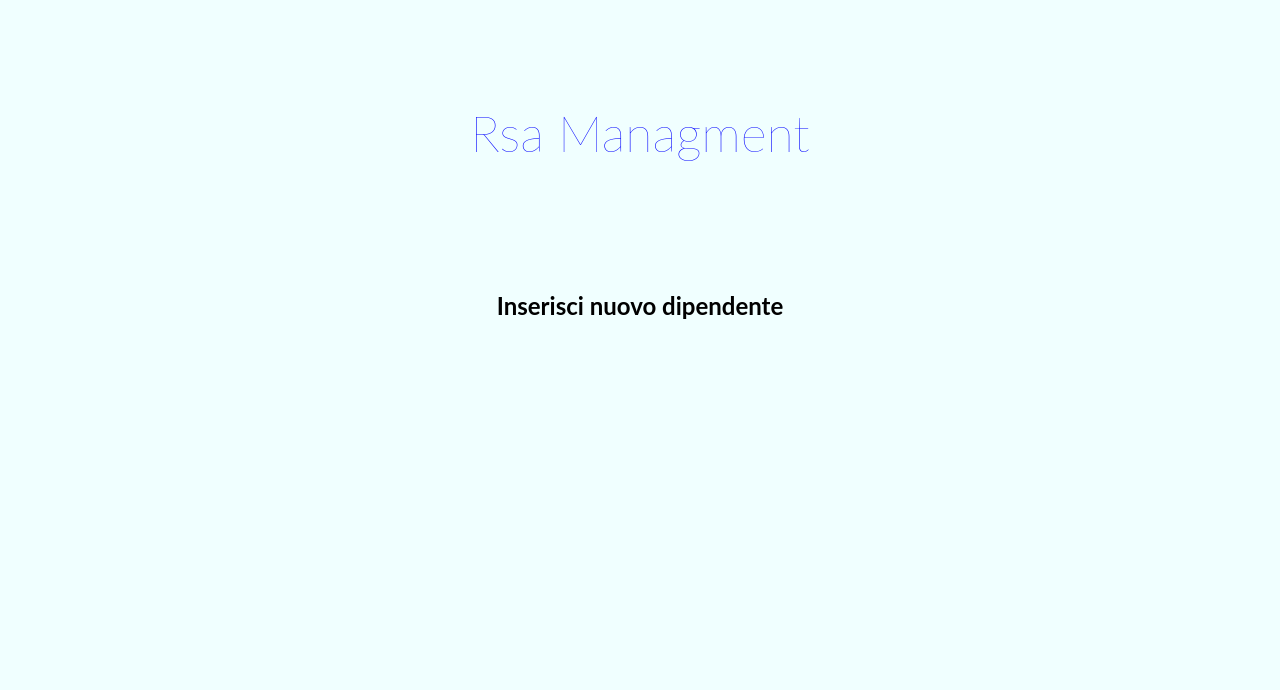
Repository: simone8484/RsaM
Page: http://localhost/RsaM/gestioneDipendenti.jsp
An editor plug-in stored every save of this project. The page is shown before and after the next save, followed by the edit.
The browser window is 1280 px wide. The pictures show the whole page.
The page is served by Tomcat 9. Other server files are loaded and not shown.

Above is the page before, as saved 2017-05-28 15:06:26.

### RsaM/WebContent/gestioneDipendenti.jsp
<%@taglib uri="http://java.sun.com/jsp/jstl/core" prefix="c" %>
<%@ page language="java" contentType="text/html; charset=ISO-8859-1"
    pageEncoding="ISO-8859-1"%>


<!DOCTYPE html PUBLIC "-//W3C//DTD HTML 4.01 Transitional//EN" "http://www.w3.org/TR/html4/loose.dtd">
<html>
<head>
<meta http-equiv="Content-Type" content="text/html; charset=ISO-8859-1">
<link href='css/style.css' rel='stylesheet' type='text/css'>
<title>Insert title here</title>
</head>
<body>

 <table style="width:100%">
  <tr>
    <th></th>
    <th><h1>Rsa Managment</h1></th>
    <th><c:out value="${user}"/></th>
  </tr>
  <tr>
    <td></td>
    <td><c:forEach items="${sessionScope.menuPrincipaleMappato}" var="myMap" >
<nav>
<ul class="dropdown">
        	<li class="drop"><a href="<c:out value="${myMap.value}"/>"><c:out value="${myMap.key}"/></a></li>
 </ul>
 </nav>
 </c:forEach></td>
    <td></td>
  </tr>

 <tr>
    <th></th>
    <th><h2>Inserisci nuovo dipendente</h2></th>
    <th></th>
  </tr>
</table>

### RsaM/WebContent/css/style.css
body{
  margin: 0px;
  padding: 0px;
  background: #F0FFFF;
  font-family: 'Lato', sans-serif;
}

h1{
  margin: 2em 0px;
  padding: 0px;
  color:  	#0000FF;
  text-align: center;
  font-weight: 100;
  font-size: 50px;
}

nav{
  width: 750px;
  margin: 1em auto;
}

ul{
  margin: 0px;
  padding: 0px;
  list-style: none;
}

ul.dropdown{
  position: relative;
  width: 100%;
}

ul.dropdown li{
  font-weight: bold;
  float: left;
  width: 180px;
  position: relative;
  background: #80ffff;
}

ul.dropdown a:hover{
  color: #000;
}

ul.dropdown li a {
  display: block;
  padding: 20px 8px;
  color: #34495e;
  position: relative;
  z-index: 2000;
  text-align: center;
  text-decoration: none;
  font-weight: 300;
}

ul.dropdown li a:hover,
ul.dropdown li a.hover{
  background: #3498db;
  position: relative;
  color: #fff;
}


ul.dropdown ul{
 display: none;
 position: absolute;
  top: 0;
  left: 0;
  width: 180px;
  z-index: 1000;
}

ul.dropdown ul li {
  font-weight: normal;
  background: #f6f6f6;
  color: #000;
  border-bottom: 1px solid #ccc;
}

ul.dropdown ul li a{
  display: block;
  color: #34495e !important;
  background: #eee !important;
}

ul.dropdown ul li a:hover{
  display: block;
  background: #3498db !important;
  color: #fff !important;
}

.drop > a{
  position: relative;
}

.drop > a:after{
  content:"";
  position: absolute;
  right: 10px;
  top: 40%;
  border-left: 5px solid transparent;
  border-top: 5px solid #333;
  border-right: 5px solid transparent;
  z-index: 999;
}

.drop > a:hover:after{
  content:"";
   border-left: 5px solid transparent;
  border-top: 5px solid #fff;
  border-right: 5px solid transparent;
}

.login-block {
    width: 320px;
    padding: 20px;
    background: #fff;
    border-radius: 5px;
    border-top: 5px solid #6495ED;
    margin: 0 auto;
}

.login-block h1 {
    text-align: center;
    color: #000;
    font-size: 18px;
    margin-top: 0;
    margin-bottom: 20px;
}

.login-block input {
    width: 100%;
    height: 42px;
    box-sizing: border-box;
    border-radius: 5px;
    border: 1px solid #ccc;
    margin-bottom: 20px;
    font-size: 14px;
    font-family: Montserrat;
    padding: 0 20px 0 50px;
    outline: none;
}

.login-block input#username {
    background: #6495ED url('http://i.imgur.com/u0XmBmv.png') 20px top no-repeat;
    background-size: 16px 80px;
}

.login-block input#username:focus {
    background: #6495ED url('http://i.imgur.com/u0XmBmv.png') 20px bottom no-repeat;
    background-size: 16px 80px;
}

.login-block input#password {
    background: #6495ED url('http://i.imgur.com/Qf83FTt.png') 20px top no-repeat;
    background-size: 16px 80px;
}

.login-block input#password:focus {
    background: #6495ED url('http://i.imgur.com/Qf83FTt.png') 20px bottom no-repeat;
    background-size: 16px 80px;
}

.login-block input:active, .login-block input:focus {
    border: 1px solid #6495ED;
}

.login-block button {
    width: 100%;
    height: 40px;
    background: #6495ED;
    box-sizing: border-box;
    border-radius: 5px;
    border: 1px solid #6495ED;
    color: #6495ED;
    font-weight: bold;
    text-transform: uppercase;
    font-size: 14px;
    font-family: Montserrat;
    outline: none;
    cursor: pointer;
}

.login-block button:hover {
    background: #6495ED;
}

After the next save:
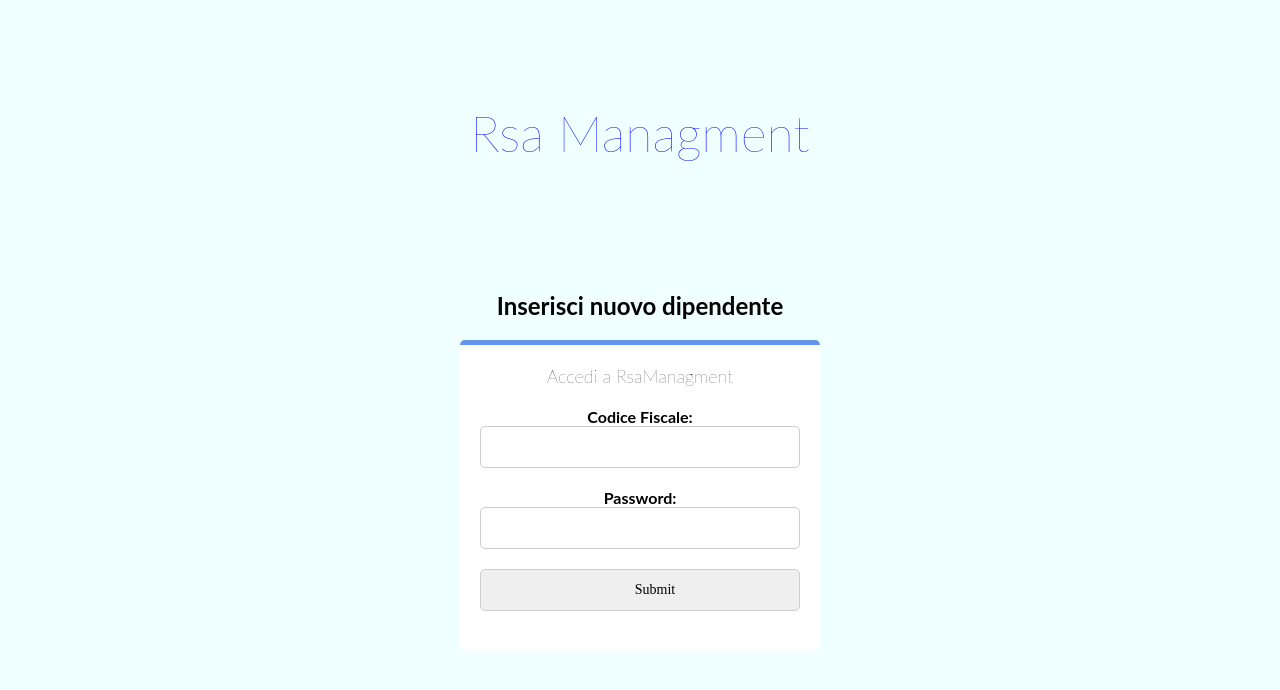
Saved 64 s later.
--- a/RsaM/WebContent/gestioneDipendenti.jsp
+++ b/RsaM/WebContent/gestioneDipendenti.jsp
@@ -32,7 +32,17 @@
 
  <tr>
     <th></th>
-    <th><h2>Inserisci nuovo dipendente</h2></th>
+    <th><h2>Inserisci nuovo dipendente</h2>
+    <div class="login-block">
+  <h1>Accedi a RsaManagment</h1>
+ <form method="POST" action="GestioneUtenteHandler.do">
+   Codice Fiscale:<br>
+  <input type="text" name="codiceFiscale"><br>
+  Password:<br>
+  <input type="password" name="password">
+    <input type="submit" value="Submit">
+</form>
+</div></th>
     <th></th>
   </tr>
 </table>
